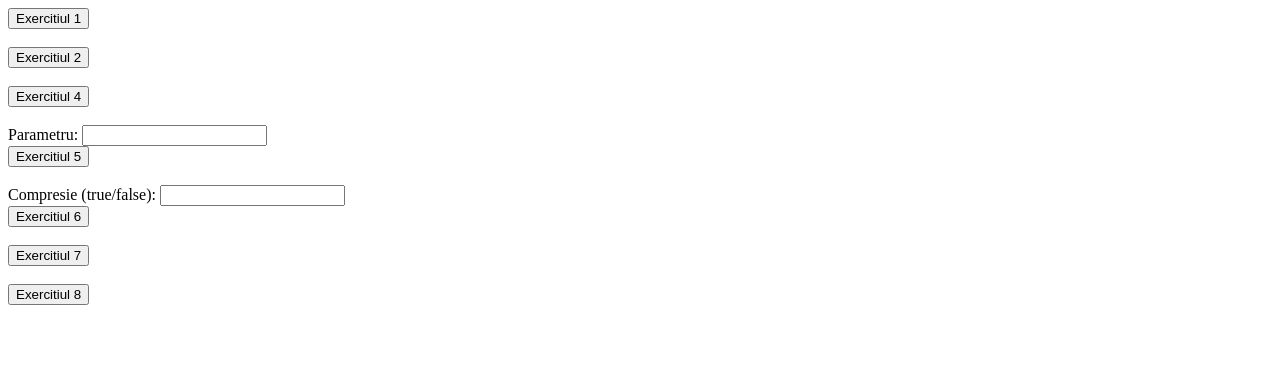
Repository: vladutbutnaru/DentalClinicManagementTool
Page: Laborator/WebContent/index.html
The author's editor kept a copy of each file at every save. The page is drawn from the files as they stood at one save, then again after the next save.
The browser window is 1280 px wide. The pictures show the whole page.

Above is the page before, as saved 2016-10-13 13:23:46.

After the next save:
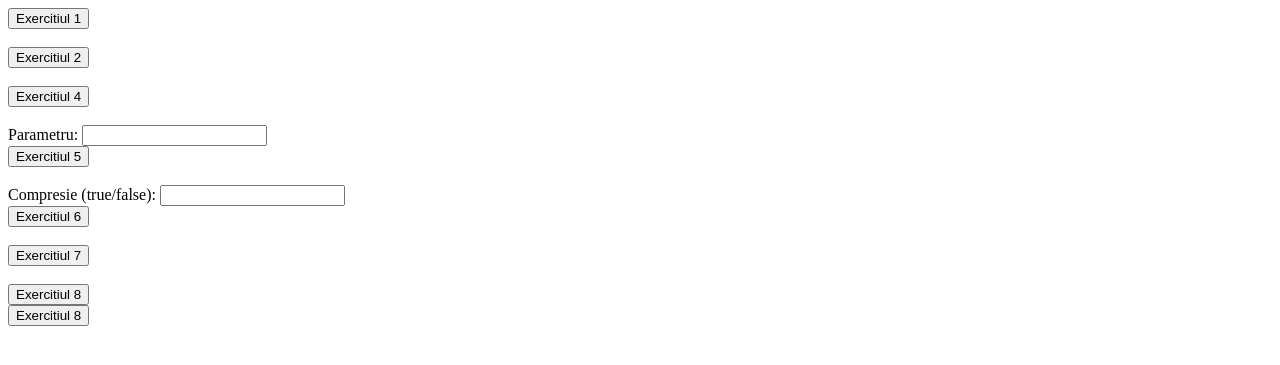
Saved 14 s later.
--- a/Laborator/WebContent/index.html
+++ b/Laborator/WebContent/index.html
@@ -33,6 +33,10 @@ Compresie (true/false): <input type="text"  name = "parameter" id= "parameter"/>
 </form>
 <br/>
 <form action="Exercise8Servlet" method="GET">
+
+<input type="submit" value="Exercitiul 8"/>
+</form>
+<form action="Exercise8Servlet" method="GET">
  <input type="hidden" name="page" value="index" />
 <input type="submit" value="Exercitiul 8"/>
 </form>
